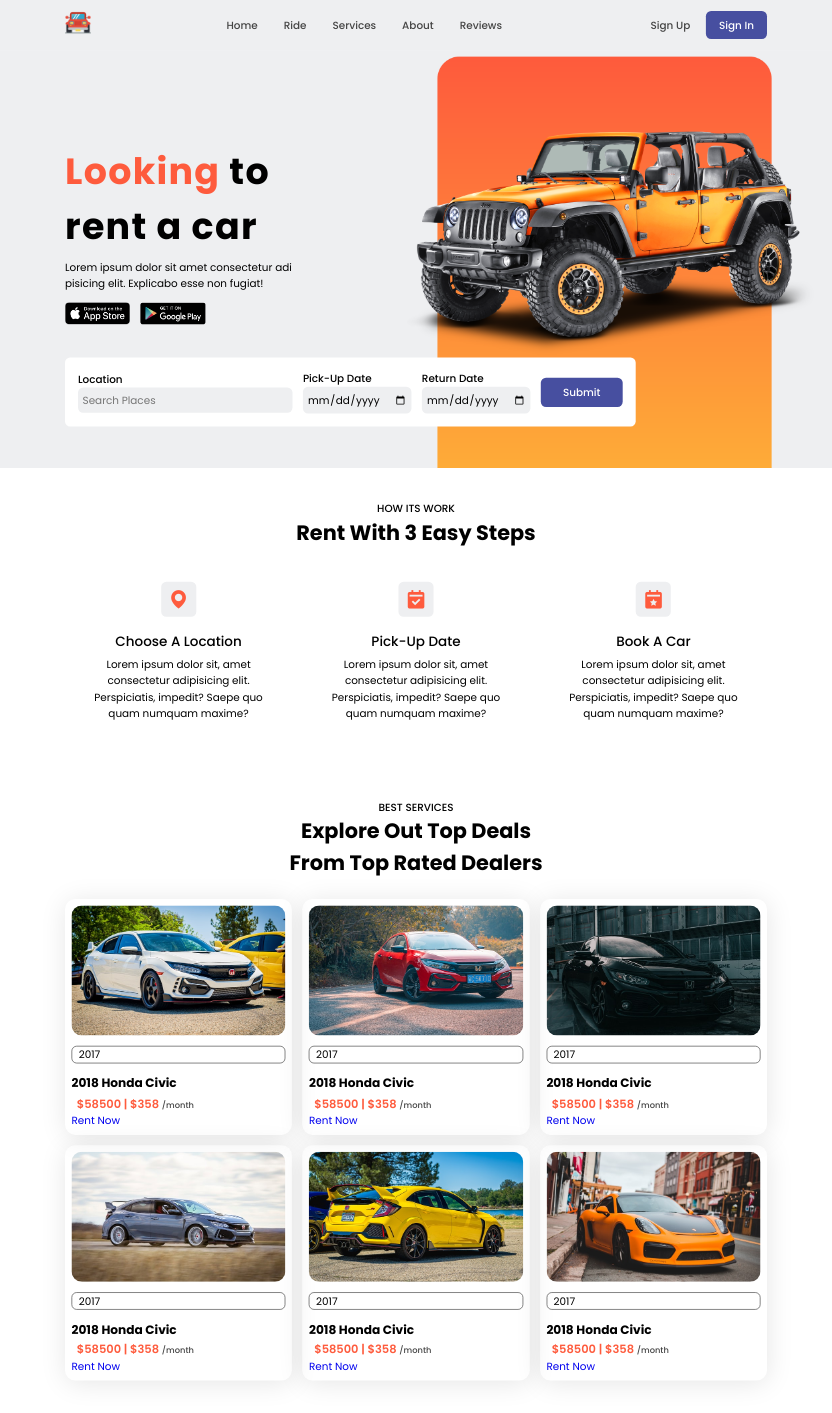
Repository: douglasabnovato/car-rental
Page: index.html
The author's editor kept a copy of each file at every save. The page is drawn from the files as they stood at one save, then again after the next save.
The browser window is 1280 px wide. The pictures show the whole page, at 65% of full size.

Above is the page before, as saved 2025-05-16 15:26:46.

After the next save:
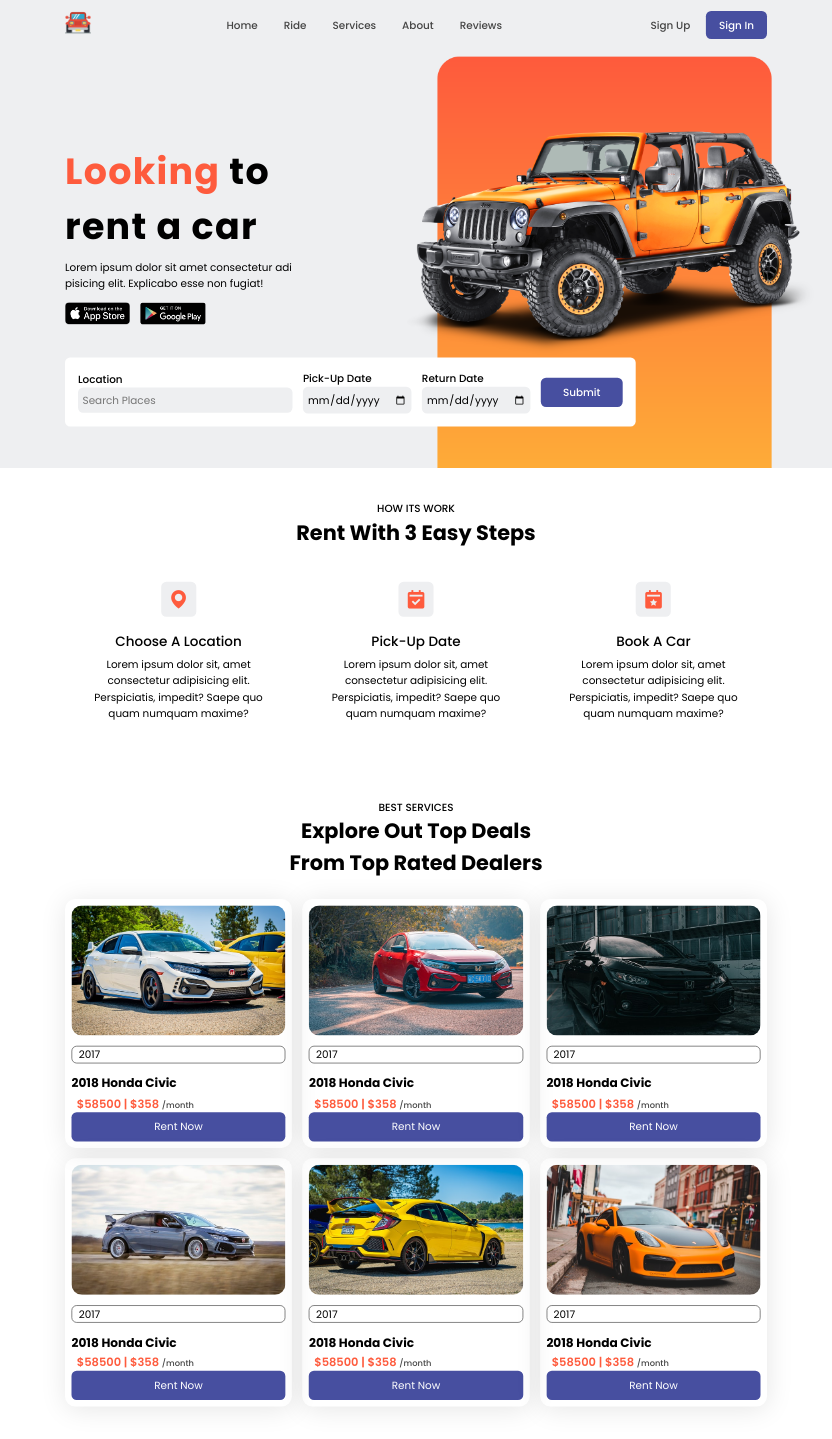
Saved 2 min 10 s later.
--- a/style.css
+++ b/style.css
@@ -286,3 +286,12 @@ header {
     font-weight: 500;
     color: var(--text-color);
 }
+
+.services-container .box .btn {
+    display: flex;
+    justify-content: center;
+    background: #474fa0;
+    color: #fff;
+    padding: 10px;
+    border-radius: .5rem;
+}
